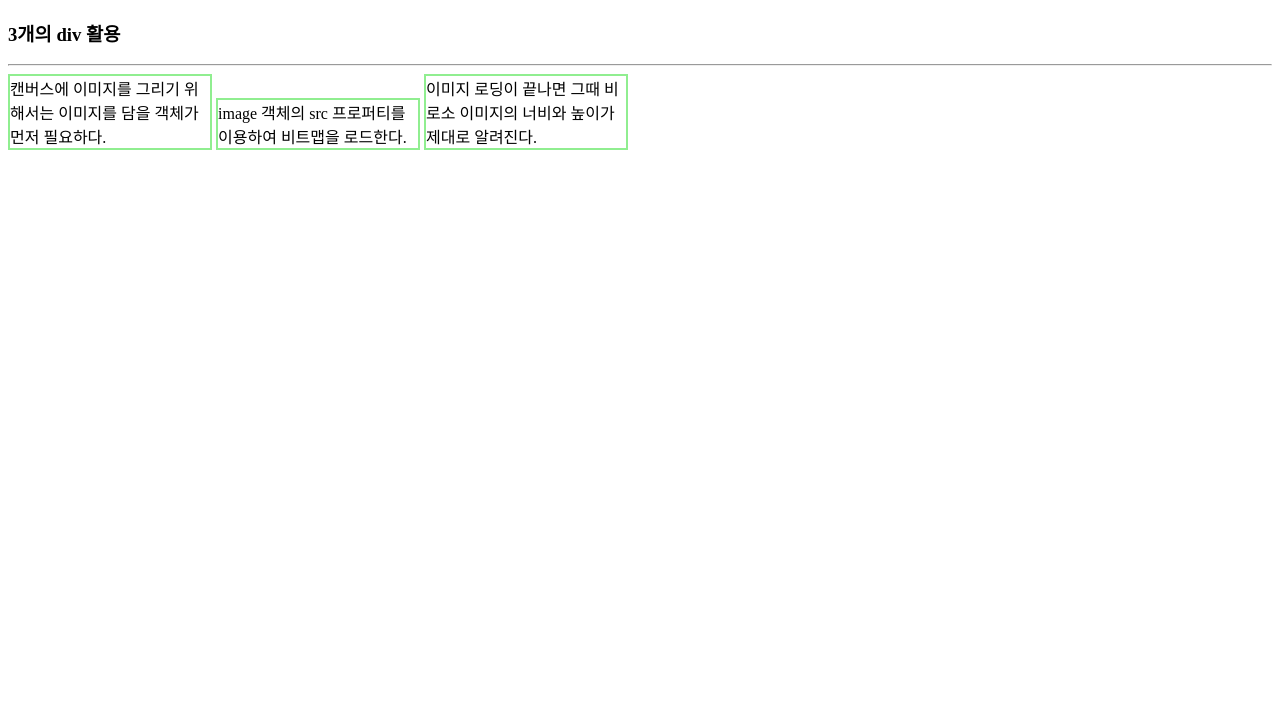
Repository: codelily98/Web
Page: CSS3/src/main/webapp/practice/practice04.html
The author's editor kept a copy of each file at every save. The page is drawn from the files as they stood at one save, then again after the next save.
The browser window is 1280 px wide. The pictures show the whole page.

Above is the page before, as saved 2024-08-12 08:46:15.

After the next save:
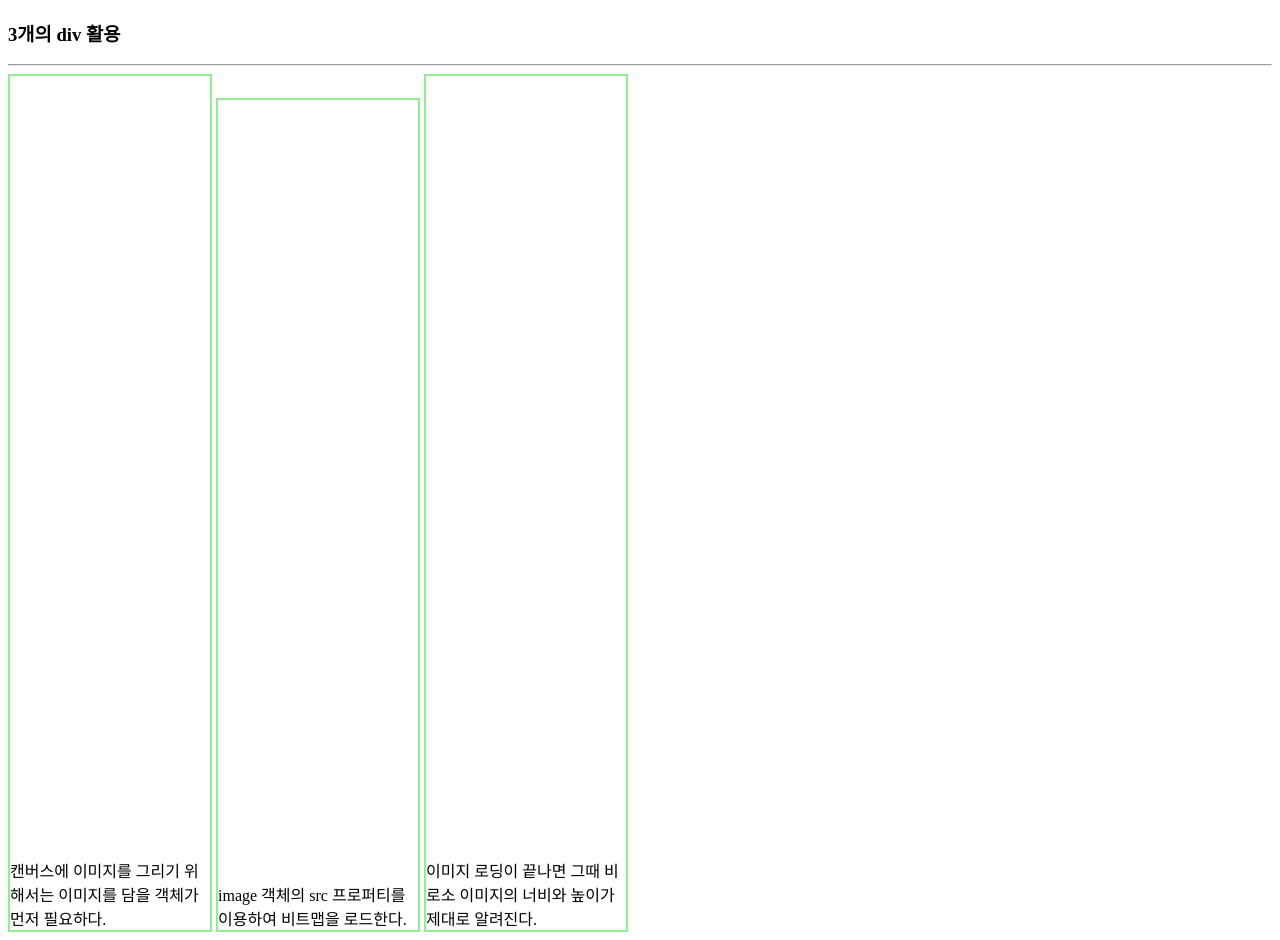
Saved 88 s later.
--- a/CSS3/src/main/webapp/practice/practice04.html
+++ b/CSS3/src/main/webapp/practice/practice04.html
@@ -9,6 +9,7 @@ div {
 	display: inline-block;
 	width: 200px;
 	margin: 0 auto;
+	padding-top: 61.8%;
 }
 </style>
 </head>
